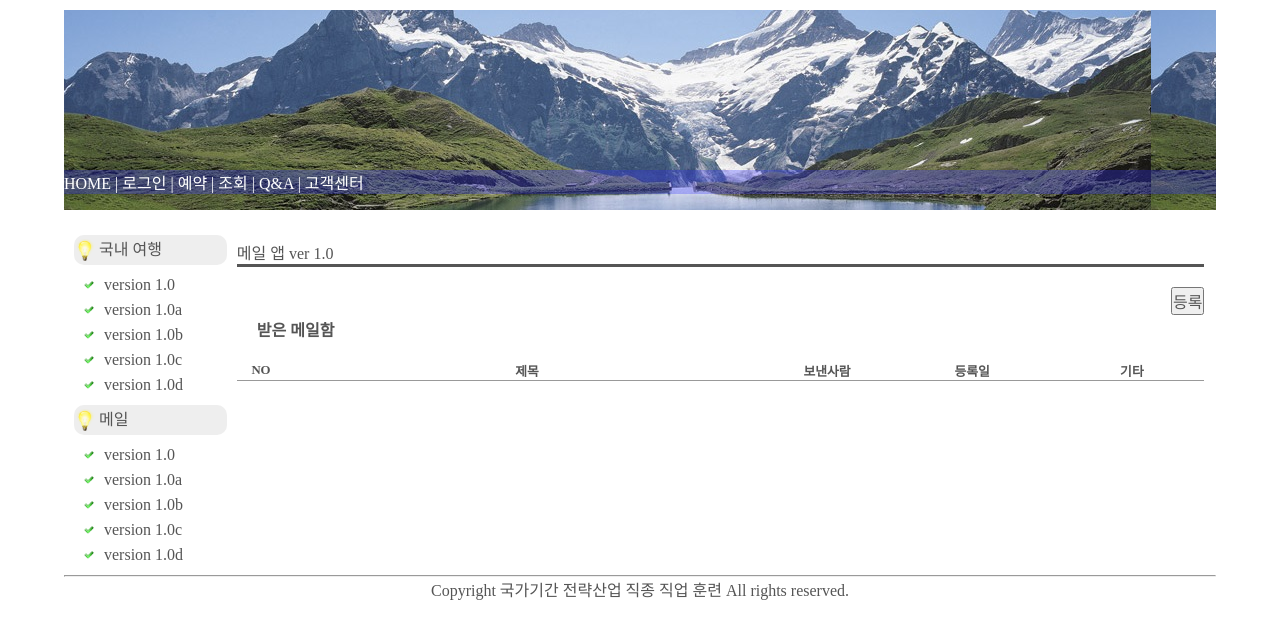
Repository: jangky000/ai_web
Page: http://localhost/blog_v2jc/mail_app/list.jsp
The author's editor kept a copy of each file at every save. The page is drawn from the files as they stood at one save, then again after the next save.
The browser window is 1280 px wide. The pictures show the whole page.
The page is served by Tomcat 9. Other server files are loaded and not shown. Queries for data that is not in the repository find no rows.

Above is the page before, as saved 2020-03-27 06:35:32.

### ws__frame/blog_v2jc/WebContent/mail_app/list.jsp
<%@ page contentType="text/html; charset=UTF-8" %>

<!-- MySQL에서 DBMS에 연결할때 쓰던 import 패키지와 구성이 같다. -->
 <!-- MovieDAO2.java 참조 -->
<%@ page import="java.sql.Connection" %>
<%@ page import=" java.sql.DriverManager" %>
<%@ page import="java.sql.PreparedStatement" %>
<%@ page import="java.sql.ResultSet" %>
<%@ page import="java.sql.SQLException" %>

<%
request.setCharacterEncoding("utf-8");
String root = request.getContextPath();
%>

<%
// 필요 변수 선언
Connection con = null;              // DBMS 연결
PreparedStatement pstmt = null; // SQL 실행
ResultSet rs = null;                   // SELECT 결과를 저장
StringBuffer sql = null;              // SQL 문장
int count = 0;                         // 처리된 레코드 갯수

// MYSQL
// String className = "org.gjt.mm.mysql.Driver"; // MySQL 연결 Driver
// String url = "jdbc:mysql://172.16.12.4:3306/javadb?useUnicode=true&characterEncoding=euckr"; //데이터베이스 javadb 사용

//Oracle, jdbc 연결
String className = "oracle.jdbc.driver.OracleDriver"; // Oracle 연결 Driver
String url = "jdbc:oracle:thin:@127.0.0.1:1521:XE"; //XE -> soldesk 등으로 달라질 수 있다.

String user = "ai6";
String password = "1234";
%>

<!DOCTYPE html>
<html lang="ko">
<head>
<meta charset="UTF-8">
<title>메일 앱</title>
<link href="<%=root%>/css/style.css" rel="Stylesheet" type="text/css">
</head>
<body>
<jsp:include page="/menu/top.jsp" flush='false' />
  <div class="title_line">메일 앱 ver 1.0</div>
  <div class="sub_menu">
    <button type="button" onclick="location.href='./create_form.jsp'">등록</button>
  </div>
  <table class="table_basic">
    <caption style="text-align: left; margin: 0 0 20px 20px;"><h2>받은 메일함</h2></caption>
    <colgroup>
      <col style="width: 5%;">
      <col style="width: 50%;">
      <col style="width: 12%;">
      <col style="width: 18%;">
      <col style="width: 15%;">
    </colgroup>
    <thead>
      <tr>
        <th class="th_basic">NO</th>
        <th class="th_basic">제목</th>
        <th class="th_basic">보낸사람</th>
        <th class="th_basic">등록일</th>
        <th class="th_basic">기타</th>
      </tr>
    </thead>
    <tbody>
      <%
      try {
        Class.forName(className);
        con = DriverManager.getConnection(url, user, password );

        sql = new StringBuffer();
        sql.append(" SELECT mailno, title, content, mail_from, mail_to, rdate");
        sql.append(" FROM mail_app");
        sql.append(" ORDER BY mailno DESC");

        pstmt = con.prepareStatement(sql.toString());

        rs = pstmt.executeQuery(); // SELECT문 실행: executeQuery() : return ResultSet 타입

        int n = 0;
        while(true) {
          if(rs.next() == true) {
            System.out.println(rs.getInt("mailno"));
            %>
            <tr>
              <td class="td_basic"><%= rs.getInt("mailno")%></td>
              <td class="td_left"><a href="./read.jsp?mailno=<%= rs.getInt("mailno")%>"><%= rs.getString("title")%></a></td>
              <td class="td_basic"><%= rs.getString("mail_from")%></td>
              <td class="td_basic"><%= rs.getString("rdate")%></td>
              <td class="td_basic">수정/삭제</td>
            </tr>
            <%
          }
          else {
            break;
          }
        }

      } catch (SQLException e) {
        System.out.println("SQL 실행 중 예외 발생");
        e.printStackTrace();
      } catch (ClassNotFoundException e) {
        System.out.println("JDBC 드라이버가 없습니다.");
        e.printStackTrace();
      } finally {
        try{ if (rs != null){ rs.close(); } }catch(Exception e){ }
        try{ if (pstmt != null){ pstmt.close(); } }catch(Exception e){ }
        try{ if (con != null){ con.close(); } }catch(Exception e){ }
      }
      %>
    </tbody>
  </table>


<jsp:include page="/menu/bottom.jsp" flush='false' />
</body>
</html>
</html>

### ws__frame/blog_v2jc/WebContent/menu/top.jsp
<%@ page contentType="text/html; charset=UTF-8" %>
<!-- jsp: include를 사용했기 때문에 root로 인한 충돌이 발생하지 않는다. -->
<% String root = request.getContextPath(); %>

<DIV class='container'>
  <DIV class='top_img'>
    <NAV class="top_menu">
      <a href="<%=root %>" class="menu_link">HOME</a> | 로그인 | 예약 | 조회 | Q&A | 고객센터
    </NAV>
  </DIV>

  <DIV style='margin-top: 10px;'> <!-- 좌측 메뉴 + 내용 시작 -->
    <DIV class='left_menu'> <!--  좌측 메뉴 시작 -->
      <div class="li_left_menu_1" >국내 여행</div>
      <UL>
         <!-- 모든 위치에서 동일한 주소를 찾아야하므로, 절대 경로로 설정 -->
        <LI class="li_left_menu_2"><a href="<%= request.getContextPath() %>/notice1/list.jsp">version 1.0</a></LI>
        <LI class="li_left_menu_2"><a href="<%= request.getContextPath() %>/notice1a/list.jsp">version 1.0a</a></LI>
        <LI class="li_left_menu_2"><a href="<%= request.getContextPath() %>/notice1b/list.jsp">version 1.0b</a></LI>
        <LI class="li_left_menu_2"><a href="<%= request.getContextPath() %>/notice1c/list.jsp">version 1.0c</a></LI>
        <LI class="li_left_menu_2"><a href="<%= request.getContextPath() %>/notice1d/list.jsp">version 1.0d</a></LI>
      </UL>
      <!-- br을 쓰는 것보다 margin으로 여백을 주는 것이 낫다 -->
      <div class="li_left_menu_1">메일</div>
      <UL>
        <LI class="li_left_menu_2"><a href="<%= request.getContextPath() %>/mail_app/list.jsp">version 1.0</a></LI>
        <LI class="li_left_menu_2"><a href="<%= request.getContextPath() %>/mail_app1a/list.jsp">version 1.0a</a></LI>
        <LI class="li_left_menu_2"><a href="<%= request.getContextPath() %>/mail_app1b/list.jsp">version 1.0b</a></LI>
        <LI class="li_left_menu_2"><a href="<%= request.getContextPath() %>/mail_app1c/list.jsp">version 1.0c</a></LI>
        <LI class="li_left_menu_2"><a href="<%= request.getContextPath() %>/mail_app1d/list.jsp">version 1.0d</a></LI>
      </UL>

    </DIV>  <!--  좌측 메뉴 종료 -->

    <DIV class='content_body'> <!--  내용 시작 -->

### ws__frame/blog_v2jc/WebContent/menu/bottom.jsp
<%@ page contentType="text/html; charset=UTF-8" %>

    </DIV> <!-- 내용 종료 -->
  </DIV> <!-- 좌측 메뉴 + 내용 종료 -->

  <!-- 화면 하단 메뉴 -->
  <DIV class='copyright'>
    <HR>
    Copyright 국가기간 전략산업 직종 직업 훈련 All rights reserved.
  </DIV>

</DIV> <!-- 컨테이너 종료 -->

### ws__frame/blog_v2jc/WebContent/css/style.css
/* ver 0.2 */
/* 모든 태그에 적용 */
  *{
     font-family: Malgun Gothic;
     font-size: 16px;
     margin: 0px;  /* top right bottom left */
     padding: 0px;
     color: #555555;
  }

  .container {
    width: 90%;
    margin: 10px auto;
  }

  /*
  이미지 경로 지정
  권장하지 않는 방법(절대경로): background-image: url('/blog_v2jc/css/images/top_image.jpg');
  권장하는 방법(상대경로): background-image: url('./images/top_image.jpg');
  style.css 파일이 include(link)되는 폴더를 현재 폴더로 인식함
  /blog_v2jc/css/style.css에서 사용
  /blog_v2jc/css/images/top_image.jpg 인식
   */
  .top_img {
    width: 100%;
    height: 200px;
    /* background-image: url('/blog_v2jc/menu/images/top_image.jpg'); */
    background-image: url('./images/top_image.jpg');
  }

  .top_menu {
    position: relative;  /* 부모 태그 기준 화면 상단 기준 */
    top: 80%;
    /* left: 2px;  */
    background-color: rgba(50, 50, 255, 0.3);
    color: white;
  }

  .left_menu {
    width: 15%;
    float: left;
  }

  .content_body {
    width: 84%;
    float: left;
  }

  .content_bottom {

  }

  .bottom_menu {
    text-align: center;
    margin: 20px auto;
    clear: both;
  }

  .copyright {
    text-align: center;
    margin: 20px auto; /* 블럭 가운데 정렬 */
    clear: both; /*  float: left; 해제 float 효과를 제거 */
  }

  .li_warning{/* 경고 메시지 */
    list-style: none;
    margin: 15px 10px;
    color: #ff6600;
  }

  .li_error{ /* 에러 메시지 */
    list-style: none;
    margin: 15px 10px;
    color: #FF0000;
  }

  .li_none{
    list-style: none;
    margin: 15px 10px;
  }

  .fieldset_basic{
    width:90%;
    margin:10px auto;
    border-top: none;
    border-right: none;
    border-bottom: none;
    border-left: none;
    padding: 10px;
  }

  .legend_basic{
    margin-left:30px;
    border:solid 1px #999999;
    background-color: #A6C2FF;
    color:#FFFFFF;
  }

  input:focus {outline:none;}
  .input_basic{
    border-top: none;
    border-right: none;
    border-bottom: solid 1px #999999;
    border-left: none;
  }

  .title_line{
    text-align:left;
    /* text-decoration: underline; */
    border-bottom: solid 3px #555555;
    width: 100%;
    margin: 20px auto;

  }

  .sub_menu{
    text-align: right;
    width: 100%;
  }

  .table_basic{
    border-collapse: collapse; /* 셀 합치기 */
    margin: 2px auto;
    width: 100%;
  }

  /*
    1em 기본값: 16px, 주변 태그의 글자 크기를 1em으로 인식
    div 태그가 20px일 경우 자식 태그가 0.5em이면 최종적으로 10px이 적용됨.
  */
  .th_basic{
    font-size: 0.8em;
    border-bottom: solid 1px #999999;
  }

  .td_basic{
    background-color: #ffffff;

    border-top: none;
    border-right: none;
    border-bottom: solid 1px #dddddd;
    border-left: none;

    text-align: center;
  }

  .td_left{
    background-color: #ffffff;

    border-top: none;
    border-right: none;
    border-bottom: solid 1px #dddddd;
    border-left: none;

    text-align: left;
  }

  A:link{  /* 방문전 상태 */
    text-decoration: none; /* 밑줄 삭제 */
    color: #555555;
  }

  A:visited{  /* 방문후 상태 */
    text-decoration: none; /* 밑줄 삭제 */
    color: #555555;
  }

  A:hover{  /* A 태그에 마우스가 올라간 상태 */
    text-decoration: underline; /* 밑줄 출력 */
    color: #7777FF;
  }

  A:active{  /* A 태그를 클릭한 상태 */
    text-decoration: underline; /* 밑줄 출력 */
    color: #7777FF;
  }

  /* top menu */
  .menu_link:link{  /* 방문전 상태 */
    text-decoration: none; /* 밑줄 삭제 */
    color: white;
  }

  .menu_link:visited{  /* 방문후 상태 */
    text-decoration: none; /* 밑줄 삭제 */
    color: white;
  }

  .menu_link:hover{  /* A 태그에 마우스가 올라간 상태 */
    text-decoration: underline; /* 밑줄 출력 */
    color: white;
    /* font-weight: bold; */
  }

  .menu_link:active{  /* A 태그를 클릭한 상태 */
    text-decoration: underline; /* 밑줄 출력 */
    color: white;
  }

  .content_title{
    border-top: none;
    border-right: none;
    border-bottom: solid 1px #999999;
    border-left: none;

    margin-bottom: 20px;
  }

  .content_bottom{
    border-top: none;
    border-right: none;
    border-bottom: none;
    border-left: none;
    margin: 20px 0;
    text-align: right;
    font-size: 0.8em;
  }

  .li_left_menu_1{/* 화면 좌측 대분류 */
    list-style: none;
    margin: 15px 10px;
    background: url(./images/li_left_menu_1.png) left center no-repeat; /* url 왼쪽 중간 반복x */
    background-color:#eeeeee;
    border-radius:10px;
    background-size: 22px;
    padding-left: 25px;
    line-height: 30px;
  }

  .li_left_menu_2{/* 화면 좌측 중분류 */
    list-style: none;
    margin: 15px 10px;
    background: url(./images/li_left_menu_2.png) left center no-repeat; /* url 왼쪽 중간 반복x */
    background-size: 10px;
    margin-left: 20px;
    padding-left: 20px;
    line-height: 10px;
  }

After the next save:
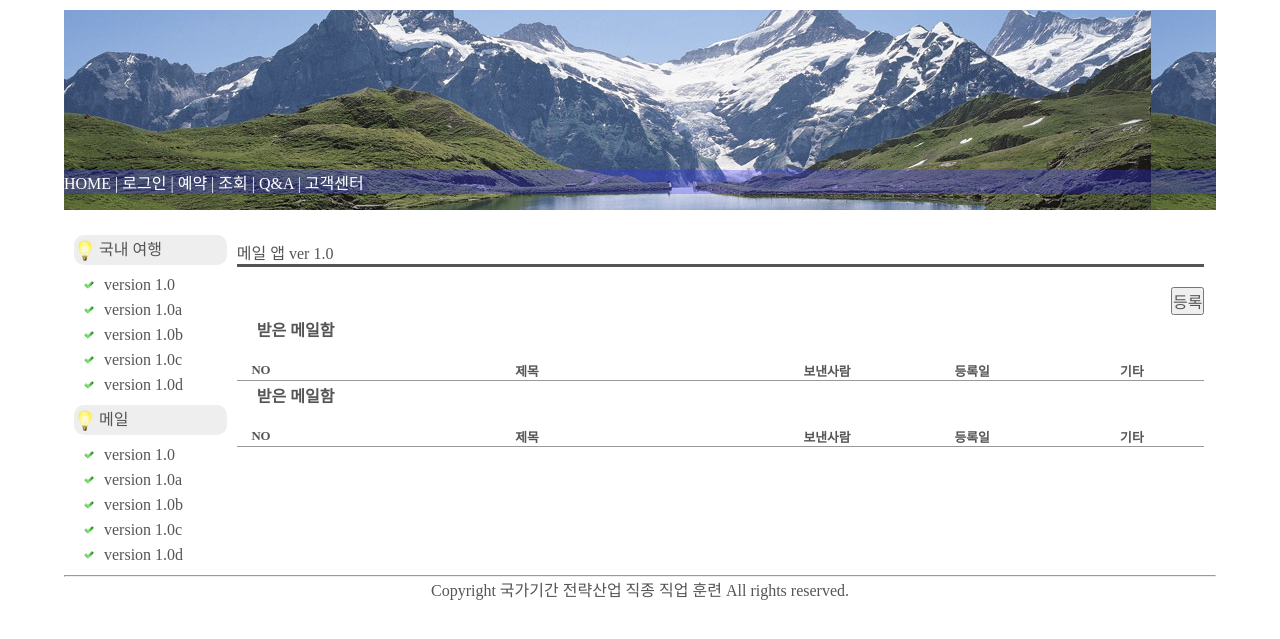
Saved 51 s later.
--- a/ws__frame/blog_v2jc/WebContent/mail_app/list.jsp
+++ b/ws__frame/blog_v2jc/WebContent/mail_app/list.jsp
@@ -113,6 +113,74 @@ String password = "1234";
     </tbody>
   </table>
 
+  <table class="table_basic">
+    <caption style="text-align: left; margin: 0 0 20px 20px;"><h2>받은 메일함</h2></caption>
+    <colgroup>
+      <col style="width: 5%;">
+      <col style="width: 50%;">
+      <col style="width: 12%;">
+      <col style="width: 18%;">
+      <col style="width: 15%;">
+    </colgroup>
+    <thead>
+      <tr>
+        <th class="th_basic">NO</th>
+        <th class="th_basic">제목</th>
+        <th class="th_basic">보낸사람</th>
+        <th class="th_basic">등록일</th>
+        <th class="th_basic">기타</th>
+      </tr>
+    </thead>
+    <tbody>
+      <%
+      try {
+        Class.forName(className);
+        con = DriverManager.getConnection(url, user, password );
+
+        sql = new StringBuffer();
+        sql.append(" SELECT mailno, title, content, mail_from, mail_to, rdate");
+        sql.append(" FROM mail_app");
+        sql.append(" ORDER BY mailno DESC");
+
+        pstmt = con.prepareStatement(sql.toString());
+
+        rs = pstmt.executeQuery(); // SELECT문 실행: executeQuery() : return ResultSet 타입
+
+        int n = 0;
+        while(true) {
+          if(rs.next() == true) {
+            System.out.println(rs.getInt("mailno"));
+            %>
+            <tr>
+              <td class="td_basic"><%= rs.getInt("mailno")%></td>
+              <td class="td_left"><a href="./read.jsp?mailno=<%= rs.getInt("mailno")%>"><%= rs.getString("title")%></a></td>
+              <td class="td_basic"><%= rs.getString("mail_from")%></td>
+              <td class="td_basic"><%= rs.getString("rdate")%></td>
+              <td class="td_basic">수정/삭제</td>
+            </tr>
+            <%
+          }
+          else {
+            break;
+          }
+        }
+
+      } catch (SQLException e) {
+        System.out.println("SQL 실행 중 예외 발생");
+        e.printStackTrace();
+      } catch (ClassNotFoundException e) {
+        System.out.println("JDBC 드라이버가 없습니다.");
+        e.printStackTrace();
+      } finally {
+        try{ if (rs != null){ rs.close(); } }catch(Exception e){ }
+        try{ if (pstmt != null){ pstmt.close(); } }catch(Exception e){ }
+        try{ if (con != null){ con.close(); } }catch(Exception e){ }
+      }
+      %>
+    </tbody>
+  </table>
+
+
 
 <jsp:include page="/menu/bottom.jsp" flush='false' />
 </body>
